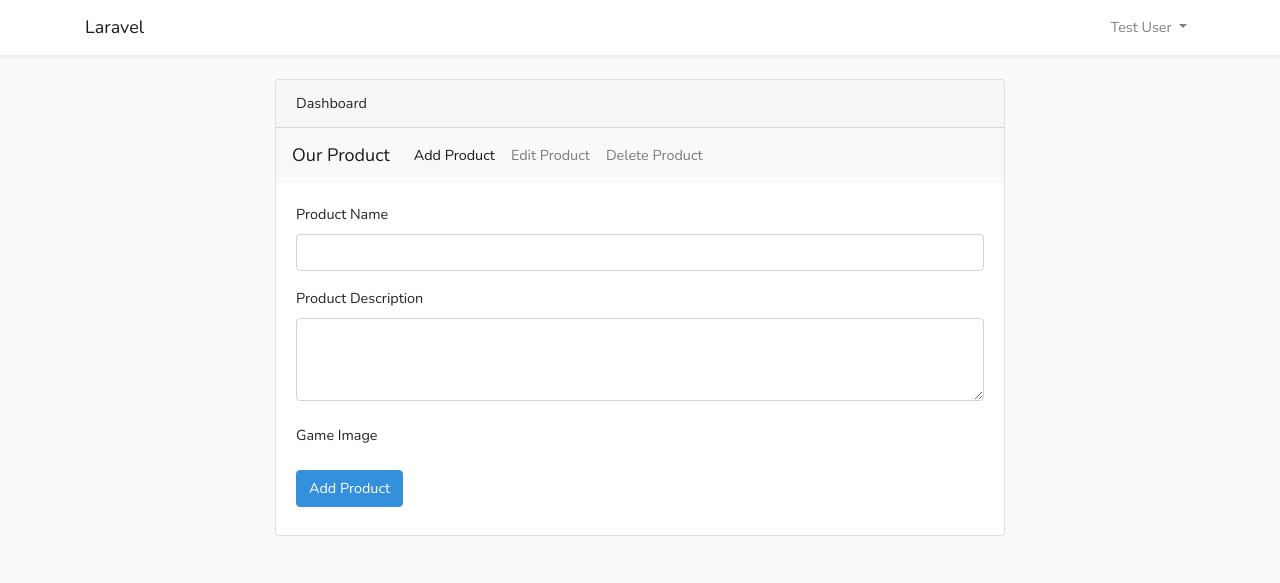
Repository: Fateen980/Tawfiq
Page: http://localhost/addProduct
The author's editor kept a copy of each file at every save. The page is drawn from the files as they stood at one save, then again after the next save.
The browser window is 1280 px wide. The pictures show the whole page.
The page is served by the project's Laravel application, run on PHP 8.4 with Laravel 8. A made-up administrator, Test User (test@example.com), is signed in.

Above is the page before, as saved 2020-09-17 08:35:14.

After the next save:
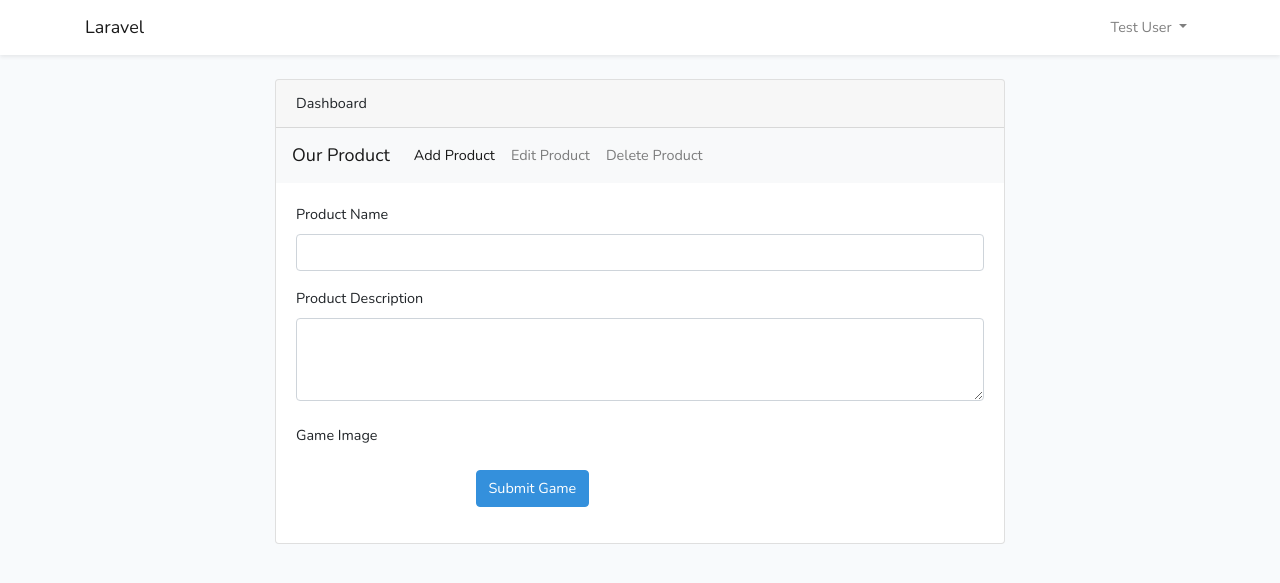
Saved 48 s later.
--- a/resources/views/addProduct.blade.php
+++ b/resources/views/addProduct.blade.php
@@ -61,8 +61,11 @@
         </div>
 
 
-  <button type="submit" class="btn btn-primary mb-2">Add Product</button>
-
+        <div class="form-group row">
+            <div class="offset-sm-3 col-sm-9">
+                <button type="submit" class="btn btn-primary">Submit Game</button>
+            </div>
+        </div>
 
 </form>
 
